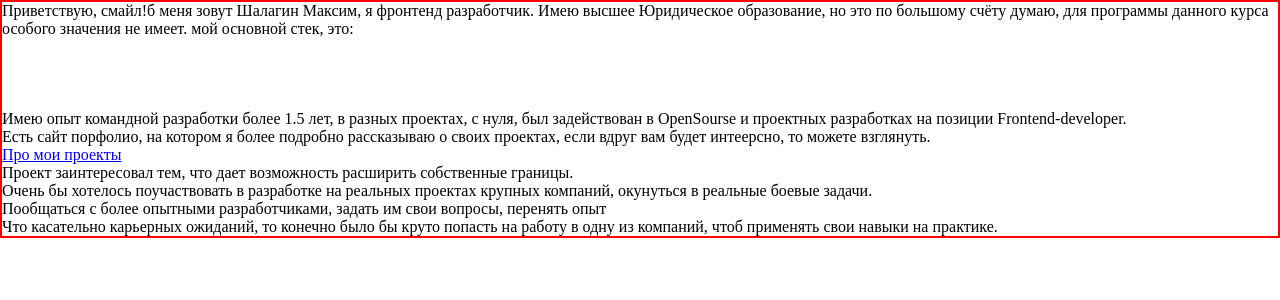
Repository: ni4egonepridumal/letter
Page: index.html
These files come from the project's save history. The page is drawn as it stood at one moment and after the next save; the edit follows.
The browser window is 1280 px wide. The pictures show the whole page.

Above is the page before, as saved 2024-01-18 17:09:23.

After the next save:
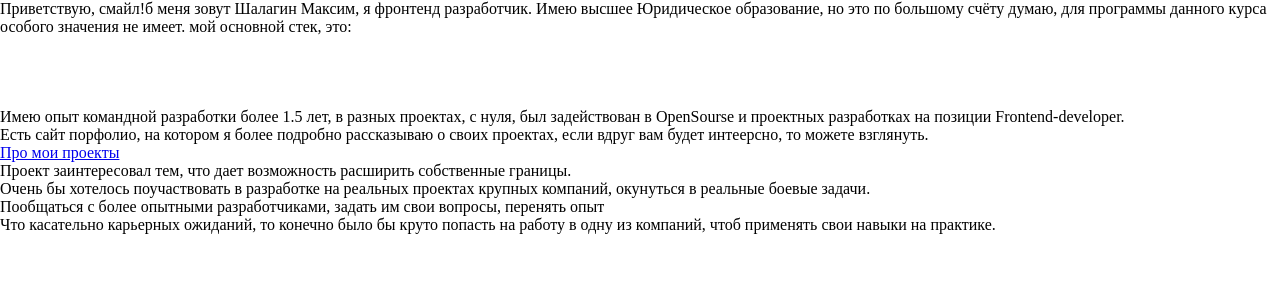
Saved 15 s later.
--- a/style.css
+++ b/style.css
@@ -9,5 +9,4 @@ body {
 .container {
   max-width: 1600px;
   margin: 0 auto;
-  border: 2px solid red;
 }
